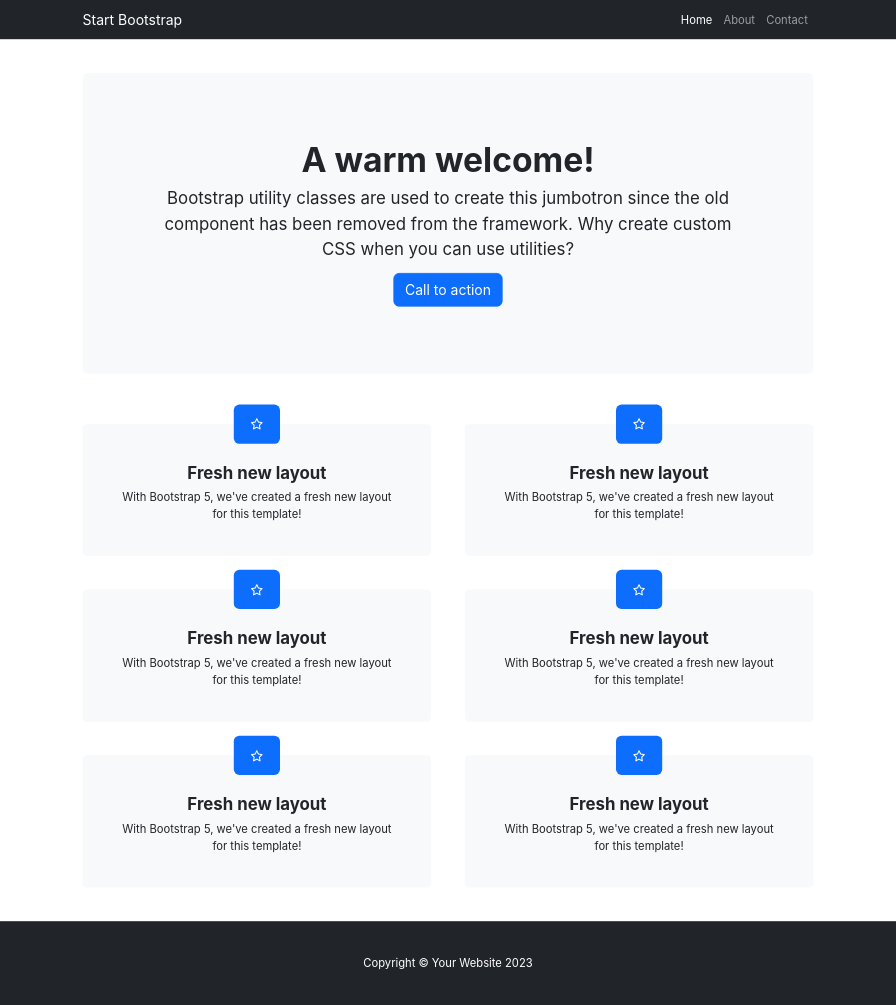
Repository: maitan0705/MaiThanhTan_BC43_BT1_react
Page: /
The author's editor kept a copy of each file at every save. The page is drawn from the files as they stood at one save, then again after the next save.
The browser window is 1280 px wide. The pictures show the whole page, at 70% of full size.
The project was rebuilt for these pictures with package versions that can differ from the ones it lists, and the page was loaded fresh each time.

Above is the page before, as saved 2023-04-09 21:47:11.

After the next save:
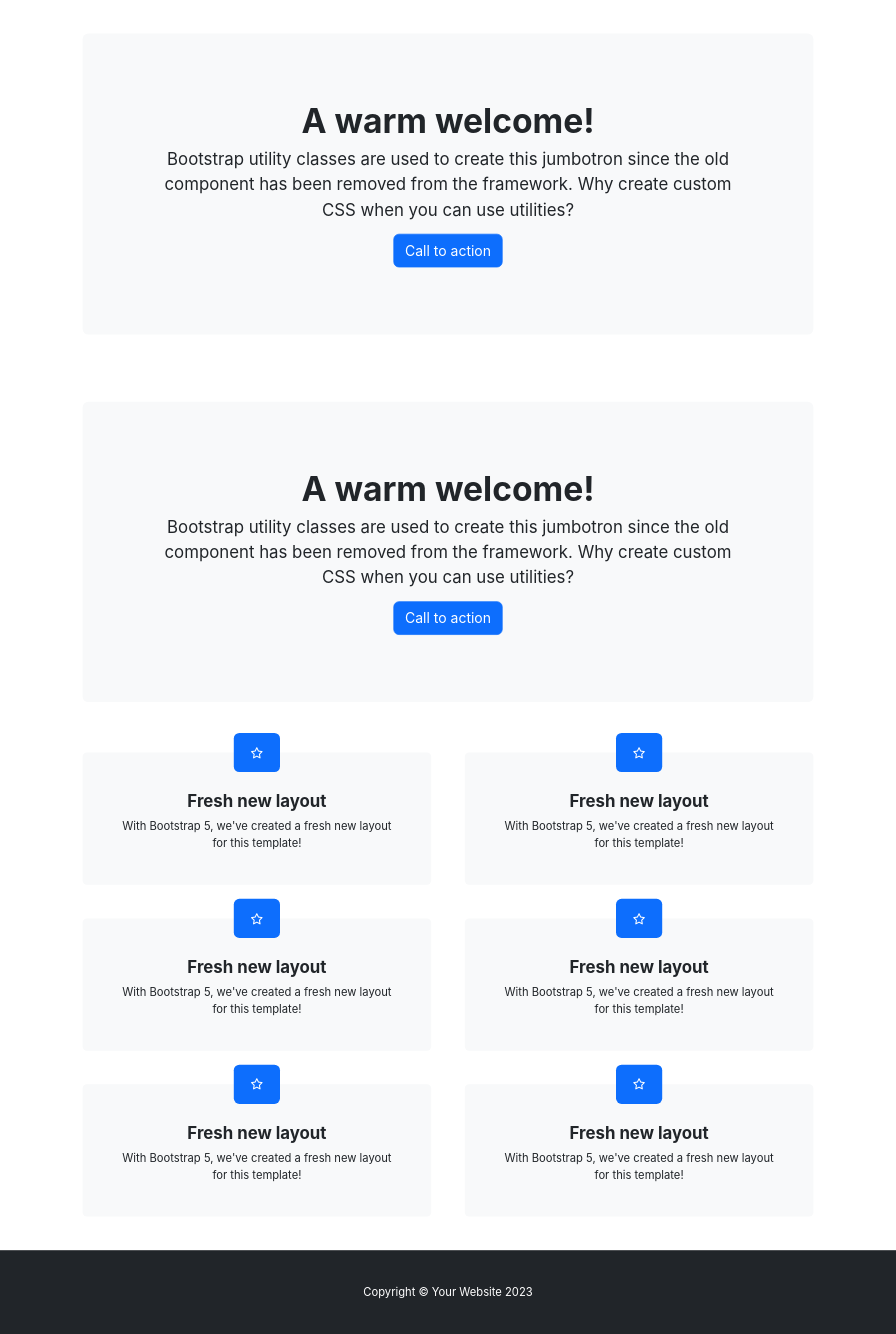
Saved 3 min 42 s later.
--- a/src/components/Header.js
+++ b/src/components/Header.js
@@ -3,19 +3,17 @@ import React, { Component } from 'react';
 export default class Header extends Component {
     render() {
         return (
-            <nav className="navbar navbar-expand-lg navbar-dark bg-dark">
-                <div className="container px-lg-5">
-                    <a className="navbar-brand" href="#!">Start Bootstrap</a>
-                    <button className="navbar-toggler" type="button" data-bs-toggle="collapse" data-bs-target="#navbarSupportedContent" aria-controls="navbarSupportedContent" aria-expanded="false" aria-label="Toggle navigation"><span className="navbar-toggler-icon" /></button>
-                    <div className="collapse navbar-collapse" id="navbarSupportedContent">
-                        <ul className="navbar-nav ms-auto mb-2 mb-lg-0">
-                            <li className="nav-item"><a className="nav-link active" aria-current="page" href="#!">Home</a></li>
-                            <li className="nav-item"><a className="nav-link" href="#!">About</a></li>
-                            <li className="nav-item"><a className="nav-link" href="#!">Contact</a></li>
-                        </ul>
+            <header class="py-5">
+            <div class="container px-lg-5">
+                <div class="p-4 p-lg-5 bg-light rounded-3 text-center">
+                    <div class="m-4 m-lg-5">
+                        <h1 class="display-5 fw-bold">A warm welcome!</h1>
+                        <p class="fs-4">Bootstrap utility classes are used to create this jumbotron since the old component has been removed from the framework. Why create custom CSS when you can use utilities?</p>
+                        <a class="btn btn-primary btn-lg" href="#!">Call to action</a>
                     </div>
                 </div>
-            </nav>
+            </div>
+        </header>
 
         );
     }
